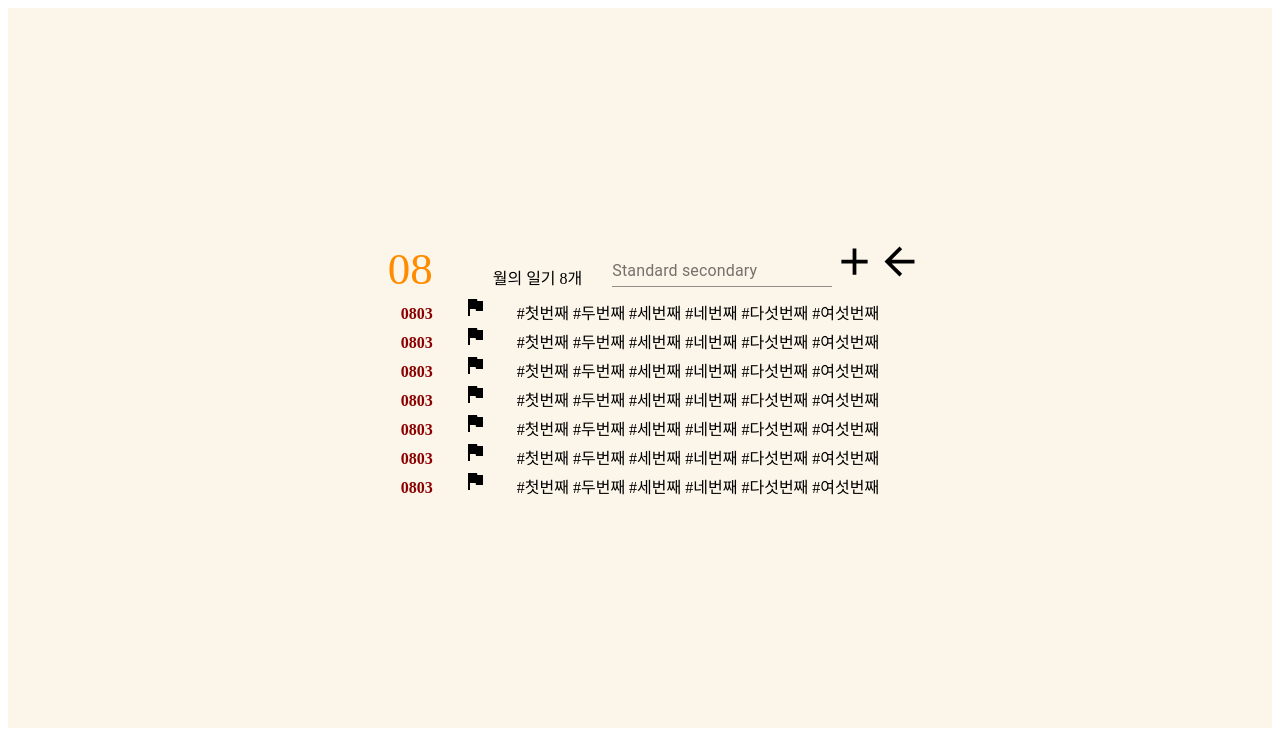
Repository: IMHANA/diary
Page: /list
The author's editor kept a copy of each file at every save. The page is drawn from the files as they stood at one save, then again after the next save.
The browser window is 1280 px wide. The pictures show the whole page.
The project was rebuilt for these pictures with package versions that can differ from the ones it lists, and the page was loaded fresh each time. Also part of the build but not shown: src/App.css, src/pages/Main/main.js, src/pages/Month/month.js.

Above is the page before, as saved 2021-08-05 17:34:22.

### src/App.js
import './App.css';
import React, { Component } from 'react'
import MainTemplates from './components/MainTemplates';

class App extends Component {
  render() {
    console.log('메인을 불러온다!')
    return (
      <div>
        <MainTemplates/>
      </div>
    )
  }
}

export default App;

### src/components/MainTemplates.js
import React, { Component } from 'react'
import Main from '../pages/Main/main';
import Month from '../pages/Month/month';
import DayList from '../pages/DayList/dayList';
import { BrowserRouter as Router, Route, Switch, Link} from 'react-router-dom';

export default class MainTemplates extends Component {
    render() {
        return (
            <Router>
                <Switch>
                    <Route exact path='/' component={Main}/>
                    <Route path='/monthly' component={ Month }/>
                    <Route path='/list' component={ DayList} />
                </Switch>
            </Router>
        )
    }
}

### src/pages/DayList/dayList.js
import React, { Component } from 'react';
import { Add, ArrowBack , Flag} from '@material-ui/icons'
import TextField from '@material-ui/core/TextField';
import '../DayList/dayList.css';

export default class dayList extends Component {
    render() {
        return (
            <div id='container'>
                <div id='sub_box'>
                    <div>
                        <span id='month'>08</span><span>월의 일기 8개</span>
                        <TextField id="standard-secondary" label="Standard secondary" color="secondary" />
                        <Add style={{fontSize: '45px'}}/>
                        <ArrowBack style={{fontSize: '45px'}} />
                    </div>
                    <div id='title'

                    ></div>
                    <div>
                        <div className='list_box'>
                            <span className='date'>0803</span>
                            <Flag/>
                            <span>#첫번째 #두번째 #세번째 #네번째 #다섯번째 #여섯번째</span>
                        </div>
                        <div>
                            <span className='date'>0803</span>
                            <Flag/>
                            <span>#첫번째 #두번째 #세번째 #네번째 #다섯번째 #여섯번째</span>
                        </div>
                        <div>
                            <span className='date'>0803</span>
                            <Flag/>
                            <span>#첫번째 #두번째 #세번째 #네번째 #다섯번째 #여섯번째</span>
                        </div>
                        <div>
                            <span className='date'>0803</span>
                            <Flag/>
                            <span>#첫번째 #두번째 #세번째 #네번째 #다섯번째 #여섯번째</span>
                        </div>
                        <div>
                            <span className='date'>0803</span>
                            <Flag/>
                            <span>#첫번째 #두번째 #세번째 #네번째 #다섯번째 #여섯번째</span>
                        </div>
                        <div>
                            <span className='date'>0803</span>
                            <Flag/>
                            <span>#첫번째 #두번째 #세번째 #네번째 #다섯번째 #여섯번째</span>
                        </div>
                        <div>
                            <span className='date'>0803</span>
                            <Flag/>
                            <span>#첫번째 #두번째 #세번째 #네번째 #다섯번째 #여섯번째</span>
                        </div>
                    </div>
                    <div>

                    </div>
                </div>
            </div>
        )
    }
}

### src/pages/Main/main.css
#container {
    display: flex;
    flex-direction:column;

    height: 100vh;

    justify-content: center;
    align-items: center;
    background-color:rgb(252, 245, 233);
}

input[placeholder] {
    text-align: center;
    width: 150px;
    height: 35px;
    margin-bottom: 10px;
}

#login_btn, #sign_up_btn {
    width: 50px;
    height: 50px;
    border-radius: 50%;
    outline: none;
    border: none;
}

#btn_box {
    display: flex;
    justify-content: space-around;
    width: 150px;

}

#login_btn {
    background-color: rgb(255, 182, 45);
    margin-left: 50px;
}
#sign_up_btn {
    background-color: rgb(55, 137, 139);
}

#login_btn:hover {
    cursor: pointer;
    background-color: rgb(218, 153, 35);
}
#sign_up_btn:hover {
    cursor: pointer;
    background-color: rgb(51, 123, 124);
}

### src/pages/Month/month.css
#container {
    margin: 0;
    display: flex;
    flex-direction: column;
    justify-content: center;
    align-items: center;
}

.month_box_container {
    display: flex;
    width: 990px;
    height: 150px;
}
.month_box_container .calendar-item {
    /* display: inline-block; */
    border: 1px solid rgb(243, 243, 243);
    flex:1;
    padding-top: 10px;
    padding-left: 15px;
}

.month_box_container .calendar-item span.title{
    font-size: 40px;
    color:darkgrey;
    cursor: pointer;
    /* margin-top: 10px;
    margin-bottom: 10px; */
}

.month_box_container .calendar-item span.title:hover{
    color:rgb(252, 169, 76);
}

/* .first-floor span.title{
    color: red;
    height: 40px;
} */

#year_row {
    margin-top: 50px;
}

#year_row span {
    padding: 0 15px 0 15px;
}

### src/pages/DayList/dayList.css
#container {
    display: flex;
    flex-direction: column;
    justify-content: center;
    align-items: center;
    height: 100vh;

}

#month {
    color:darkorange;
    font-size: 45px;
}

#sub_box {
    display: flex;
    flex-direction: column;
    justify-content: center;
    align-items: center;
    height: 100vh;
    width: 1000px;
    height: auto;
}
span {
    padding: 30px;
}

.date {
    font-weight: bolder;
    color:darkred;
}

Loaded but not shown: public/index.html (common file); src/index.js (common file)

After the next save:
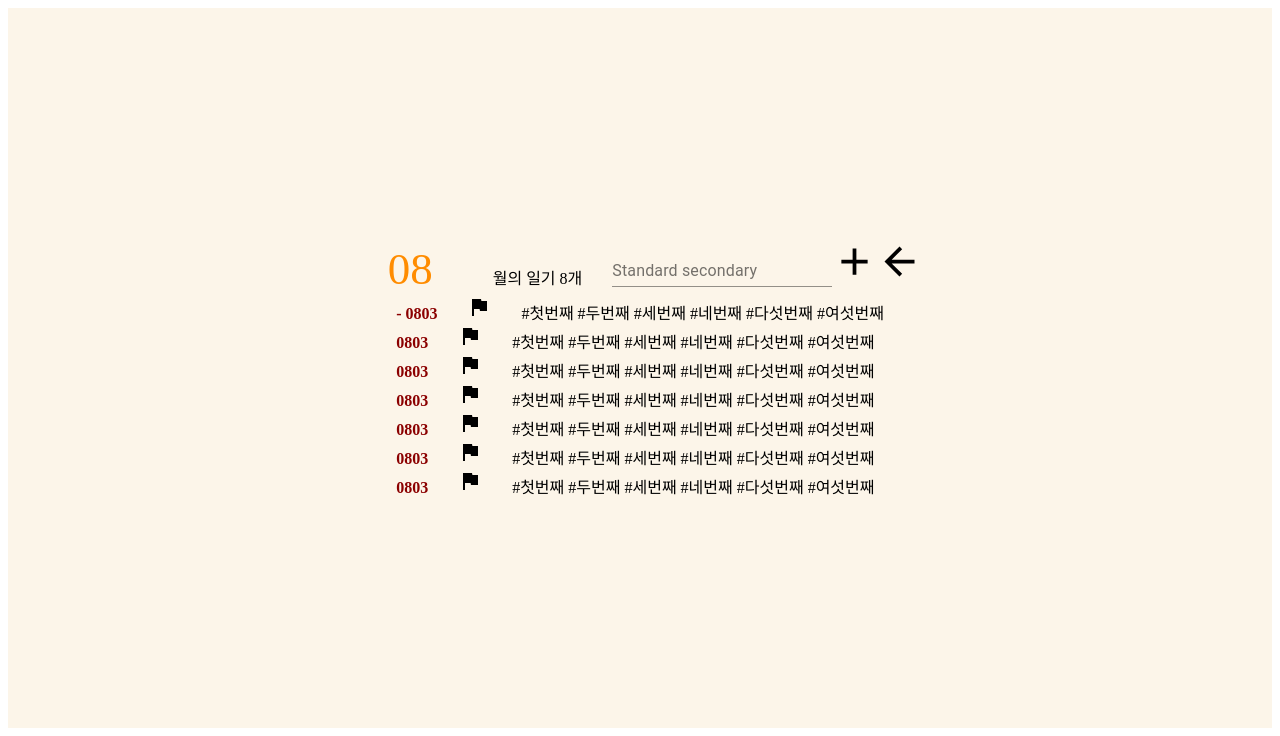
Saved 15 s later.
--- a/src/pages/DayList/dayList.js
+++ b/src/pages/DayList/dayList.js
@@ -19,7 +19,7 @@ export default class dayList extends Component {
                     ></div>
                     <div>
                         <div className='list_box'>
-                            <span className='date'>0803</span>
+                            <span className='date'>- 0803</span>
                             <Flag/>
                             <span>#첫번째 #두번째 #세번째 #네번째 #다섯번째 #여섯번째</span>
                         </div>
